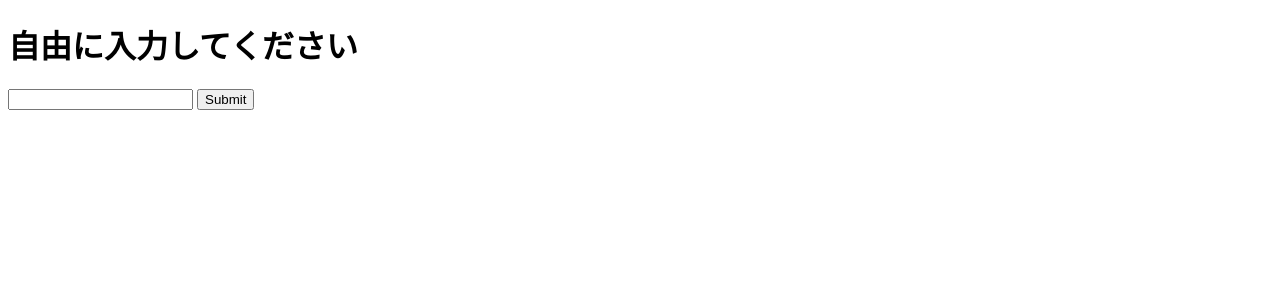
Repository: masanarimiura/20220618_miura
Page: http://localhost/
The author's editor kept a copy of each file at every save. The page is drawn from the files as they stood at one save, then again after a run of saves.
The browser window is 1280 px wide. The pictures show the whole page.
The page is served by the project's Laravel application, run on PHP 8.4 with Laravel 8.

Above is the page before, as saved 2022-06-18 11:12:11.

After the next 3 saves:
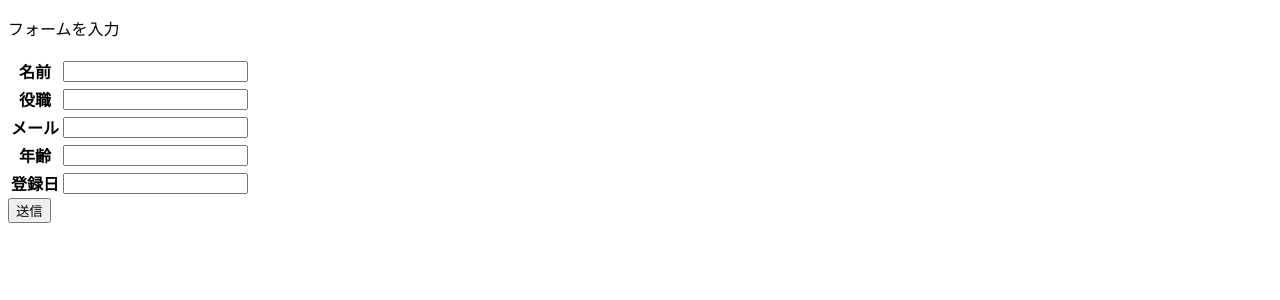
The 3 saves are shown as one change because 1 did not build or start and some came seconds apart.
The last was saved 2 min 49 s later.
--- a/app/Http/Controllers/TaskController.php
+++ b/app/Http/Controllers/TaskController.php
@@ -6,19 +6,20 @@ use Illuminate\Http\Request;
 
 class TaskController extends Controller
 {
-    public function index()
+    public function index(Request $request)
     {
-        $item = [
-            'content' => '自由に入力してください',
-        ];
-        return view('index', $item);
+        return view('index', ['txt' => 'フォームを入力']);
     }
     public function post(Request $request)
     {
-        $content = $request->content;
-        $item = [
-            'content' => $content . 'と入力しましたね'
+        $validate_rule = [
+            'name' => 'required',
+            'role' => 'required',
+            'email' => 'required|email',
+            'age' => 'numeric',
+            'registered_at' => 'date|nullable',
         ];
-        return view('index', $item);
+        $this->validate($request, $validate_rule);
+        return view('index', ['txt' => '正しい入力です']);
     }
 }
--- a/resources/views/index.blade.php
+++ b/resources/views/index.blade.php
@@ -8,11 +8,42 @@
 </head>
 
 <body>
-  <h1>{{$content}}</h1>
+  <p>{{$txt}}</p>
   <form action="/" method="POST">
-    @csrf
-    <input type="text" name="content" >
-    <input type="submit"  >
+    <table>
+      @csrf
+      <tr>
+        <th>名前</th>
+        <td>
+          <input type="text" name="name">
+        </td>
+      </tr>
+      <tr>
+        <th>役職</th>
+        <td>
+          <input type="text" name="role">
+        </td>
+      </tr>
+      <tr>
+        <th>メール</th>
+        <td>
+          <input type="email" name="email">
+        </td>
+      </tr>
+      <tr>
+        <th>年齢</th>
+        <td>
+          <input type="text" name="age">
+        </td>
+      </tr>
+      <tr>
+        <th>登録日</th>
+        <td>
+          <input type="text" name="registered_at">
+        </td>
+      </tr>
+    </table>
+    <input type="submit" value="送信">
   </form>
 </body>
 
